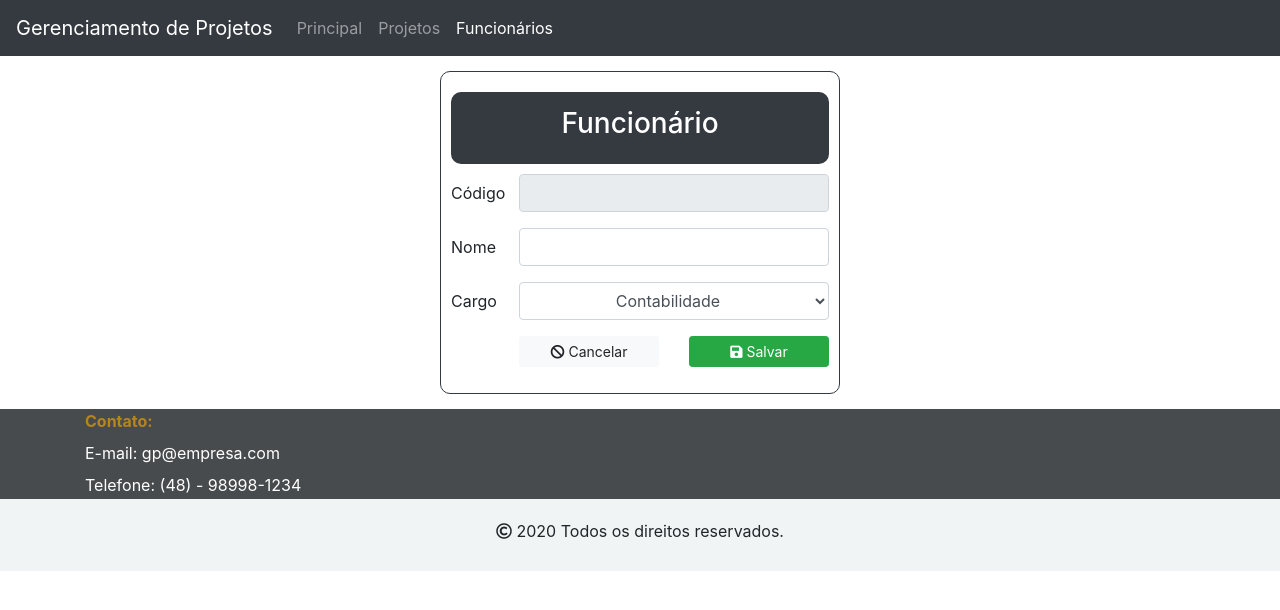
Repository: LucasSteffens/CrudUserAv
Page: http://localhost/usuario/edit
These files come from the project's save history. The page is drawn as it stood at one moment and after the next save; the edit follows.
The browser window is 1280 px wide. The pictures show the whole page.
The page is this project's Thymeleaf template; nobody is signed in. The template is opened directly, without the code that normally fills it, so the values that code supplies are empty.

Above is the page before, as saved 2020-09-30 01:04:24.

### av1/src/main/resources/templates/usuario/edit.html
<!DOCTYPE html>
<html xmlns:th="http://www.thymeleaf.org" lang="pt-br">
<head>
    <meta charset="UTF-8">
    <meta name="viewport" content="width=device-width, initial-scale=1.0">
    <title>Gerenciamento de Portifólios</title>

    <!--CSS-->
    <link rel="stylesheet" th:href="@{/bootstrap-4.5.2/css/bootstrap.min.css}">
    <link rel="stylesheet" th:href="@{/fontawesome-5.14.0/css/all.css}">
    <link rel="stylesheet" th:href="@{/css/estilo.css}">

</head>
<body>
    <!--MENU-->
    <nav class="navbar navbar-expand-sm navbar-dark bg-dark">
        <a class="navbar-brand" th:href="@{/}">Gerenciamento de Projetos</a>
        <!--BOTÃO MENU-->
        <button class="navbar-toggler" type="button" data-toggle="collapse" data-target="#navbarMenu"
            aria-controls="navbarMenu" aria-expanded="false">
            <span class="navbar-toggler-icon"></span>
        </button>
        <!--ITENS DO MENU-->
        <div class="collapse navbar-collapse" id="navbarMenu">
            <ul class="navbar-nav mr-auto">
                <li class="nav-item">
                    <a class="nav-link " th:href="@{/}">Principal</a>
                </li>
                <li class="nav-item">
                    <a class="nav-link" th:href="@{/projeto/list}">Projetos</a>
                </li>
                <li class="nav-item">
                    <a class="nav-link active" th:href="@{/funcionario/list}">Funcionários</a>
                </li>
            </ul>
        </div>
    </nav>


    <!--CONTEÚDO-->
    <div class="container container-funcionario">

		<div class="bg-dark frm-titulo">
            <h3>Funcionário</h3>
        </div>

        <form th:object="${funcionario}"
            th:action="@{/funcionario/save}" method="POST">
            <div class="form-group row">
                <label class="col-sm-2 col-form-label">Código</label>
                <div class="col-sm-10">
                    <input type="text" class="form-control" id="codigo" th:field="${funcionario.id}" readonly>
                </div>
            </div>

            <div class="form-group row">
                <label class="col-sm-2 col-form-label">Nome</label>
                <div class="col-sm-10">
                    <input type="text" class="form-control" id="nome" th:field="${funcionario.nome}" required>
                </div>
            </div>

            <div class="form-group row">
                <label class="col-sm-2 col-form-label">Cargo</label>
                <div class="col-sm-10">
                    <select class="form-control" th:field="${funcionario.cargo}" required>
                        <option value="Contabilidade">Contabilidade</option>
                        <option value="Financeiro">Financeiro</option>
                        <option value="Gerente">Gerente</option>
                        <option value="TI">TI</option>
                        <option value="Vendedor">Vendedor</option>
                    </select>

                </div>
            </div>

            <div class="form-group row">
                <div class="col-sm-2"></div>
                <div class="col-sm-5">
                    <button type="button" class="btn btn-sm btn-light btn-controle"
                        onclick="window.location.href='../list'">
                        <i class="fa fa-ban"></i> Cancelar
                    </button>
                </div>
                <div class="col-sm-5">
                    <button type="submit" class="btn btn-sm btn-success btn-controle">
                        <i class="fa fa-save"></i> Salvar
                    </button>
                </div>

            </div>


        </form>

    </div>

    <div class="contato">
        <div class="container">
            <label class="titulo-contato">Contato:</label>
            <label class="data-contato">E-mail: gp@empresa.com</label>
            <label class="data-contato">Telefone: (48) - 98998-1234</label>
        </div>
    </div>

    <footer>
        <label class="data-footer"><i class="far fa-copyright"></i> 2020 Todos os direitos reservados.</label>
    </footer>



    <!-- JS -->
    <script th:src="@{/js/jquery-3.5.1.min.js}"></script>
    <script th:src="@{/bootstrap-4.5.2/js/bootstrap.min.js}"></script>
</body>
</html>

### av1/src/main/resources/static/css/estilo.css
.container-principal{
    height: 600px;
}

.contato{
    background-color: #484b4e;
    height: 90px;
}

.titulo-contato{
    color:#b6851b;
    width: 100%;
    font-weight: bold;
}

.data-contato{
    color:white;
    width: 100%;
}

footer{
    text-align: center;
    padding:20px;
    background-color:#f0f4f5;
    width: 100%;
}

.container-funcionarios{
    margin-top:20px;
    margin-bottom:20px;
    width: 90%;
    min-width: 300px;
    min-height: 500px;
    border: 1px solid #343a40;
    border-radius: 10px;
}

.container-projetos{
    margin-top:20px;
    margin-bottom:20px;

    min-height: 500px;
    border: 1px solid #343a40;
    border-radius: 10px;
}


.td-btn{
    width: 10px;
}

.td-codigo{
    width: 50px;
}

.frm-titulo{
    color: white;
    padding: 15px;
    margin-top: 10px;
    margin-bottom: 10px;
    text-align: center;
    border-radius: 10px;
}

.btn-novo{
    margin: 8px;
    text-align: right;
}

.container-funcionario{
    margin-top: 15px;
    margin-bottom: 15px;
    border: 1px solid #343a40;
    border-radius: 10px;
    padding: 10px;
    max-width: 400px;
}

.container-projeto{
    margin-top: 15px;
    margin-bottom: 15px;
    border: 1px solid #343a40;
    border-radius: 10px;
    padding: 10px;
    max-width: 500px;
}

.btn-controle{
    width: 100%;
}

input{
    text-align: center;
}
select{
    text-align-last: center;
}

.cl-fa{
    color:#097212;
}

.cl-fa:hover{
    color: #b4eeb8;
}

.cl-fa-delete{
    color: #b31f1f;
}

.cl-fa-delete:hover{
    color: #e7aaaa;
}

.div-tabela{
	overflow-x: scroll;
}

.modal-header{
	background-color: #b31f1f;
	color: white;
}

.close{
	color:white;
}

.cl-dark{
	color:white
}

.list-group-item{
	text-align: center;
}

Loaded but not shown: av1/src/main/resources/static/bootstrap-4.5.2/css/bootstrap.min.css (library); av1/src/main/resources/static/fontawesome-5.14.0/css/all.css (library); av1/src/main/resources/static/js/jquery-3.5.1.min.js (library); av1/src/main/resources/static/bootstrap-4.5.2/js/bootstrap.min.js (library)

After the next save:
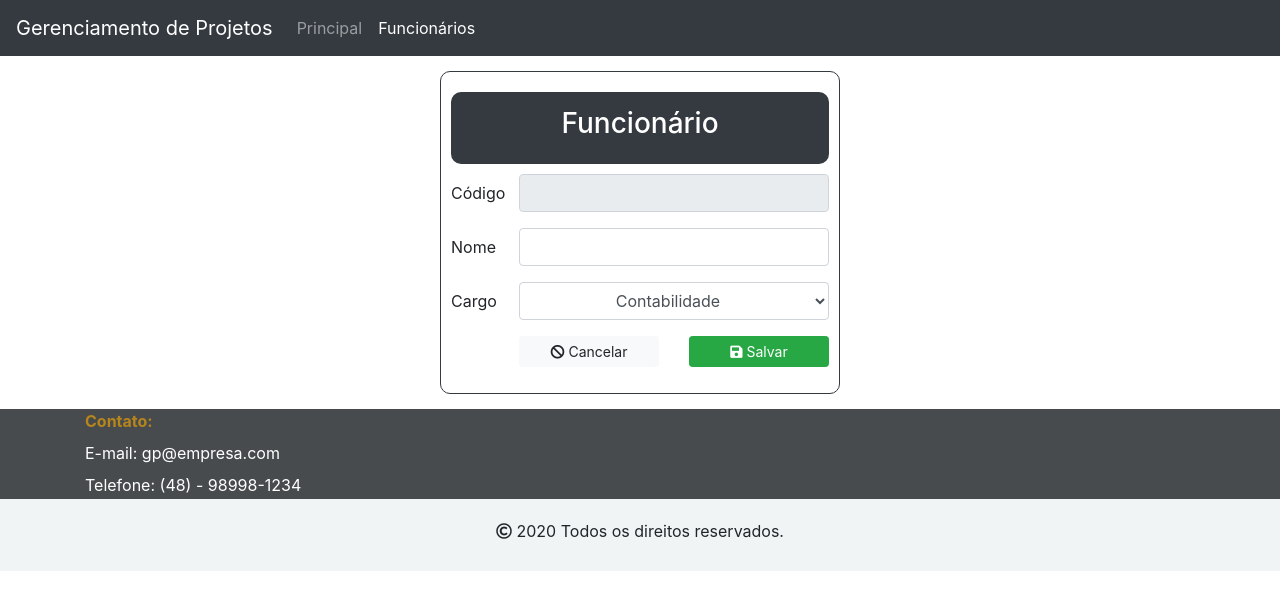
Saved 16 s later.
--- a/av1/src/main/resources/templates/usuario/edit.html
+++ b/av1/src/main/resources/templates/usuario/edit.html
@@ -26,11 +26,9 @@
                 <li class="nav-item">
                     <a class="nav-link " th:href="@{/}">Principal</a>
                 </li>
+
                 <li class="nav-item">
-                    <a class="nav-link" th:href="@{/projeto/list}">Projetos</a>
-                </li>
-                <li class="nav-item">
-                    <a class="nav-link active" th:href="@{/funcionario/list}">Funcionários</a>
+                    <a class="nav-link active" th:href="@{/usuario/list}">Funcionários</a>
                 </li>
             </ul>
         </div>
